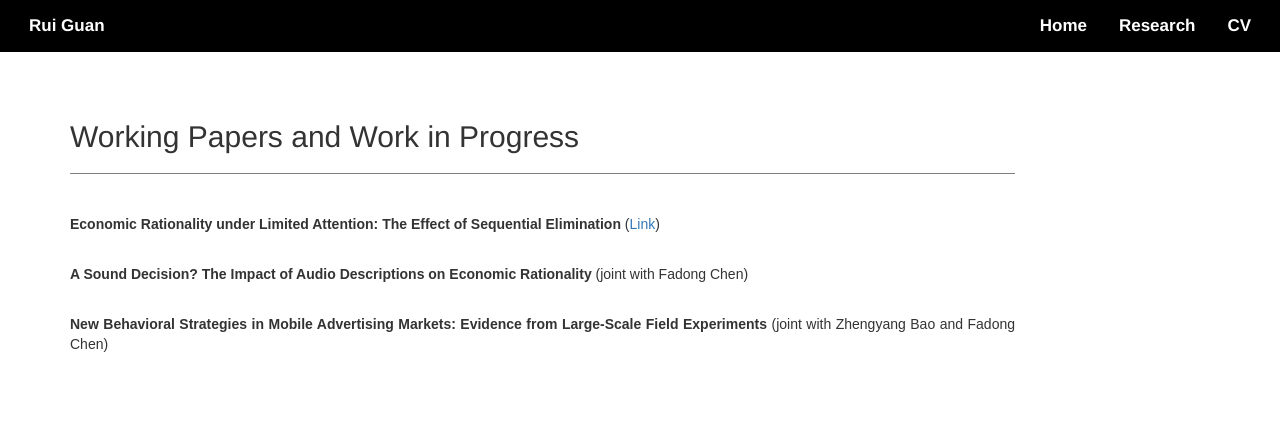
Repository: rui-guan/rui-guan.github.io
Page: research.html
These files come from the project's save history. The page is drawn as it stood at one moment and after the next save; the edit follows.
The browser window is 1280 px wide. The pictures show the whole page.

Above is the page before, as saved 2024-04-28 15:41:51.

After the next save:
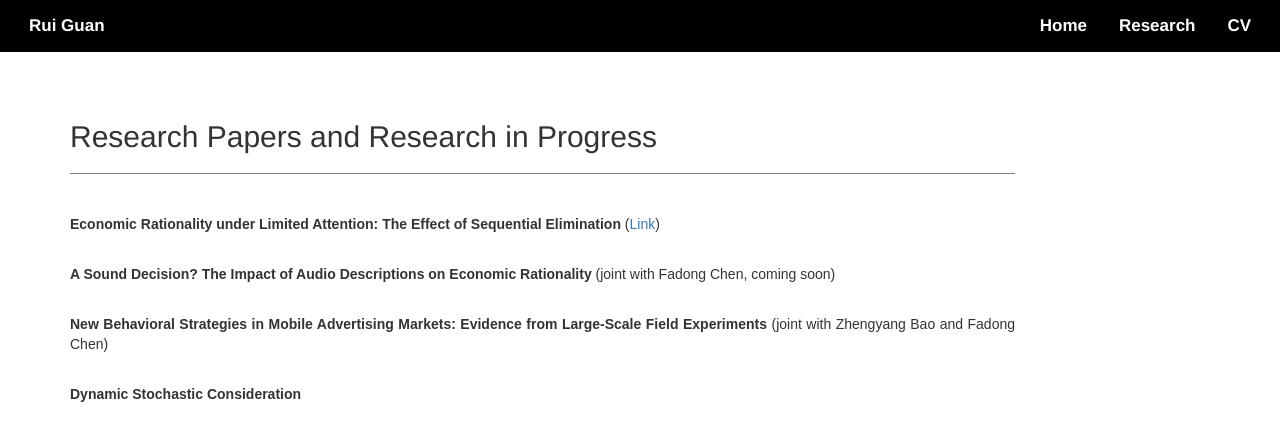
Saved 88 s later.
--- a/research.html
+++ b/research.html
@@ -81,7 +81,7 @@
 
         <div class="row">
             <div class="col-md-10" style="height">
-                <h2 id="slides">Working Papers and Work in Progress</h2>
+                <h2 id="slides">Research Papers and Research in Progress</h2>
                 <hr style="height:1px;border-width:0;color:gray;background-color:gray">
                 <br>
                 <p>
@@ -89,12 +89,18 @@
                 </p>
                 <br>
                 <p>
-                  <strong>A Sound Decision? The Impact of Audio Descriptions on Economic Rationality </strong> (joint with Fadong Chen)
+                  <strong>A Sound Decision? The Impact of Audio Descriptions on Economic Rationality </strong> (joint with Fadong Chen, coming soon)
                 </p>
                 <br>
                 <p>
                   <strong>New Behavioral Strategies in Mobile Advertising Markets: Evidence from Large-Scale Field Experiments </strong> (joint with Zhengyang Bao and Fadong Chen)
                 </p>
+                <br>
+                <p>
+                  <strong>Dynamic Stochastic Consideration</strong>
+                </p>
+                <br>
+                <br>
                 <br>
           </div>
         </div>
